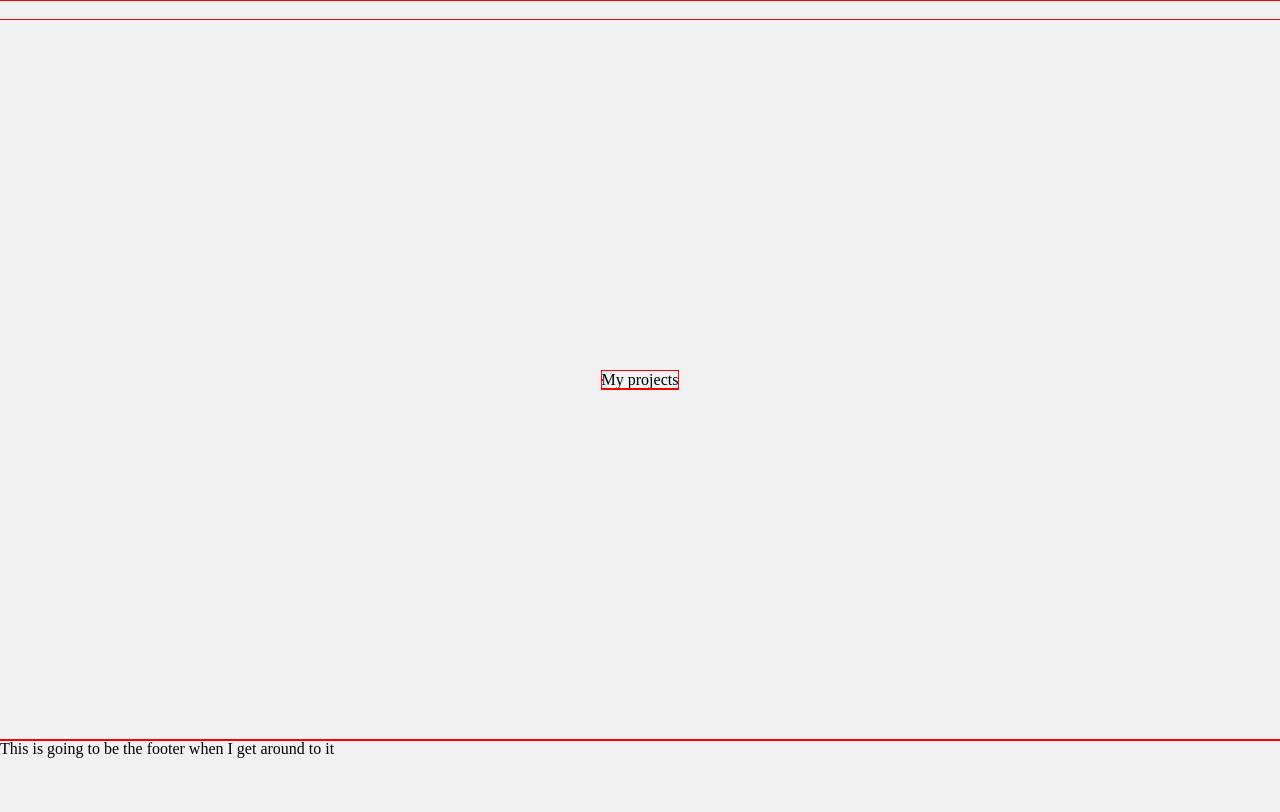
Repository: lynn-the-owl/lynnhtet
Page: index.html
The author's editor kept a copy of each file at every save. The page is drawn from the files as they stood at one save, then again after a run of saves.
The browser window is 1280 px wide. The pictures show the whole page.
Some web fonts or font styles are not loaded; a fallback is used. Some web libraries are served in a nearby version.

Above is the page before, as saved 2023-10-10 00:20:54.

After the next 2 saves:
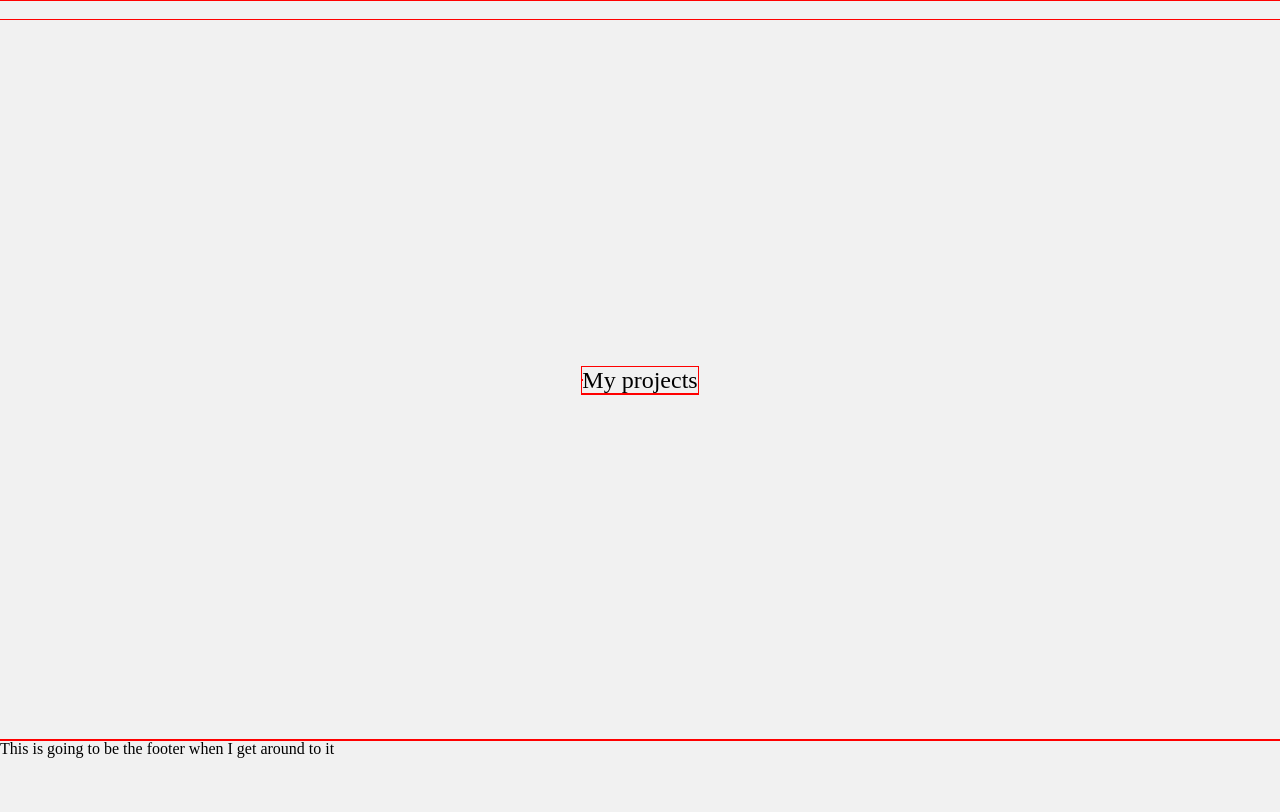
The 2 saves are shown as one change because they came seconds apart.
The last was saved 8 s later.
--- a/style.css
+++ b/style.css
@@ -20,7 +20,7 @@ p {
 }
 .myprojects {
     font-family: 'Poiret One', cursive;
-    font-size: ;
+    font-size:x-large
 
 }
 
